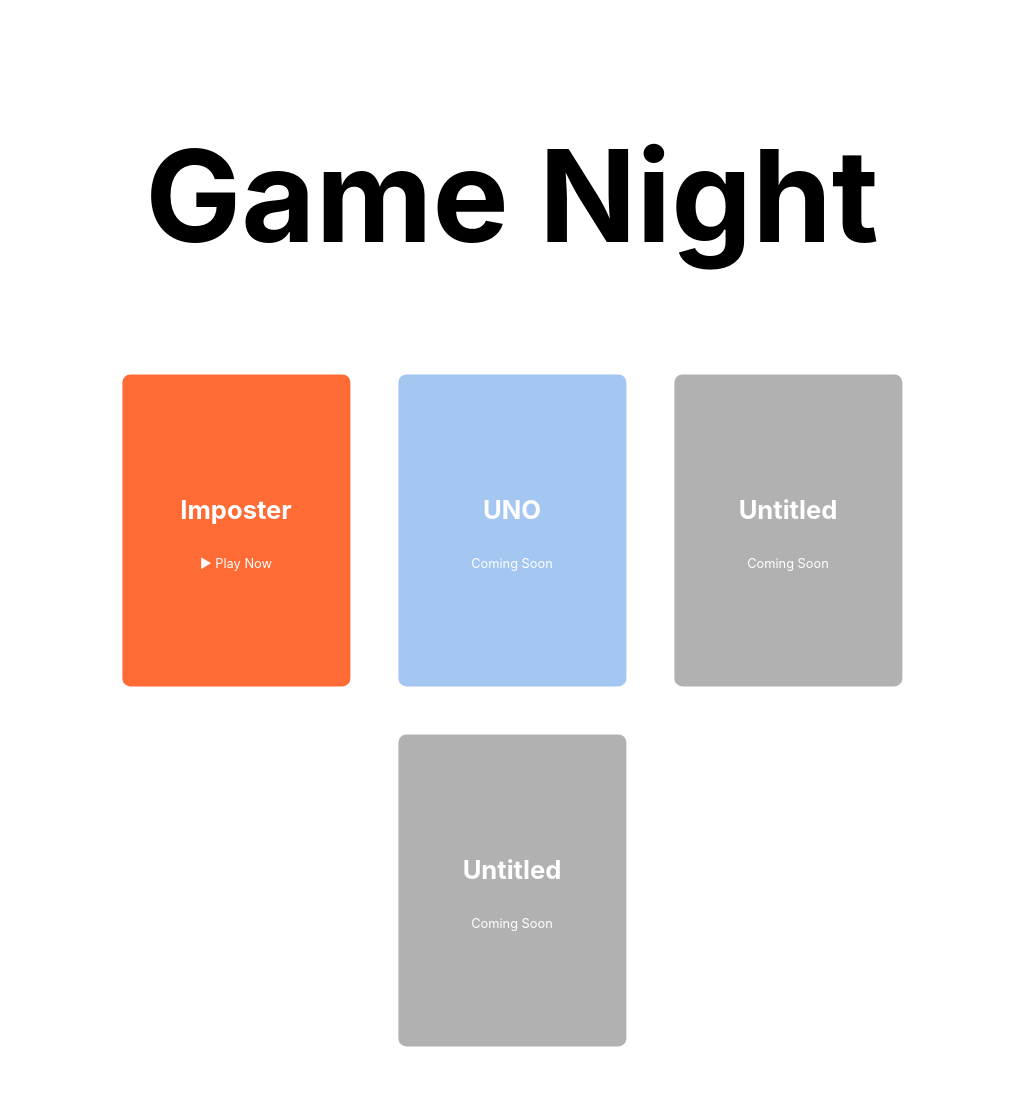
Repository: nfemmanuel/game-night-app
Page: /
These files come from the project's save history. The page is drawn as it stood at one moment and after the next save; the edit follows.
The browser window is 1280 px wide. The pictures show the whole page, at 80% of full size.
The project was rebuilt for these pictures with package versions that can differ from the ones it lists, and the page was loaded fresh each time. Also part of the build but not shown: src/styles/global.css, src/components/BackButton.jsx, src/pages/ImposterSetup.jsx, src/data/wordList.js, src/pages/ImposterReveal.jsx, src/pages/ImposterVoting.jsx.

Above is the page before, as saved 2025-12-31 18:07:16.

### public/index.html
<!DOCTYPE html>
<html lang="en">
  <head>
    <meta charset="utf-8" />
    <link rel="icon" href="%PUBLIC_URL%/favicon.ico" />
    <link rel="preconnect" href="https://fonts.googleapis.com">
    <link rel="preconnect" href="https://fonts.gstatic.com" crossorigin>
    <link href="https://fonts.googleapis.com/css2?family=Montserrat:wght@400;600;700&display=swap" rel="stylesheet">
    <meta name="viewport" content="width=device-width, initial-scale=1" />
    <meta name="theme-color" content="#000000" />
    <meta
      name="description"
      content="Web site created using create-react-app"
    />
    <link rel="apple-touch-icon" href="%PUBLIC_URL%/logo192.png" />
    <!--
      manifest.json provides metadata used when your web app is installed on a
      user's mobile device or desktop. See https://developers.google.com/web/fundamentals/web-app-manifest/
    -->
    <link rel="manifest" href="%PUBLIC_URL%/manifest.json" />
    <!--
      Notice the use of %PUBLIC_URL% in the tags above.
      It will be replaced with the URL of the `public` folder during the build.
      Only files inside the `public` folder can be referenced from the HTML.

      Unlike "/favicon.ico" or "favicon.ico", "%PUBLIC_URL%/favicon.ico" will
      work correctly both with client-side routing and a non-root public URL.
      Learn how to configure a non-root public URL by running `npm run build`.
    -->
    <title>React App</title>
  </head>
  <body>
    <noscript>You need to enable JavaScript to run this app.</noscript>
    <div id="root"></div>
    <!--
      This HTML file is a template.
      If you open it directly in the browser, you will see an empty page.

      You can add webfonts, meta tags, or analytics to this file.
      The build step will place the bundled scripts into the <body> tag.

      To begin the development, run `npm start` or `yarn start`.
      To create a production bundle, use `npm run build` or `yarn build`.
    -->
  </body>
</html>

### src/App.js
import { BrowserRouter, Routes, Route } from 'react-router-dom';
import './styles/global.css';
import LandingPage from './pages/LandingPage';
import ImposterSetup from './pages/ImposterSetup';
import ImposterReveal from './pages/ImposterReveal';
import ImposterVoting from './pages/ImposterVoting';

function App() {
  return (
    <BrowserRouter>
      <Routes>
        <Route path="/" element={<LandingPage />} />
        <Route path="/imposter-setup" element={<ImposterSetup />} />
        <Route path="/imposter-reveal" element={<ImposterReveal />} />
        <Route path="/imposter-voting" element={<ImposterVoting />} />
      </Routes>
    </BrowserRouter>
  );
}

export default App;

### src/pages/LandingPage.jsx
import { useNavigate } from 'react-router-dom';
import GameCard from '../components/GameCard';
import HelpButton from '../components/HelpButton';

function LandingPage() {
    const navigate = useNavigate();

    const handleClick = (gameName, route) => {
        if (route) {
            navigate(route);
        }
    };

    return (
        <div style={{ padding: '40px', textAlign: 'center' }}>
            <h1 style={{ fontSize: '10rem' }}>Game Night</h1>

            <div style={{
                display: 'flex',
                gap: '20px',
                justifyContent: 'center',
                marginTop: '40px',
                flexWrap: 'wrap',
                padding: '0 10px'  // Add padding on sides for mobile
            }}>
                <GameCard
                    name="Imposter"
                    available={true}
                    color="orange"
                    onClick={() => handleClick("Imposter", "/imposter-setup")}
                />
                <GameCard
                    name="UNO"
                    available={false}
                    color="blue"
                    onClick={() => handleClick("UNO", "/uno-setup")}
                />
                <GameCard
                    name="Untitled"
                    available={false}
                    onClick={() => { }}
                />
                <GameCard
                    name="Untitled"
                    available={false}
                    onClick={() => { }}
                />
            </div>
        </div>
    );
}

export default LandingPage;

### src/components/GameCard.jsx
import styles from './GameCard.module.css';

function GameCard({ name, available, onClick, color }) {  // Add color here
    // Combine card + available/disabled classes + color
    const cardClasses = `${styles.card} ${available ? styles.available : styles.disabled} ${color ? styles[color] : ''}`;

    return (
        <div
            className={cardClasses}
            onClick={available ? onClick : null}
        >
            <h1>{name}</h1>
            <p>{available ? '▶ Play Now' : 'Coming Soon'}</p>
        </div>
    );
}

export default GameCard;

### src/components/GameCard.module.css
.card {
    width: 225px;
    height: 330px;
    padding: 30px;
    margin: 10px;
    border-radius: 20px;
    border: 10px solid white;
    text-align: center;
    transition: all 0.3s ease;
    display: flex;
    flex-direction: column;
    justify-content: center;
}

.available {
    color: white;
    cursor: pointer;
}

.available:hover {
    transform: scale(1.05);
}

.disabled {
    background-color: #666;
    color: white;
    cursor: not-allowed;
    opacity: 0.5;
}

.orange {
    background-color: #FF6B35;
}

.orange:hover {
    box-shadow: 0 0 20px rgba(255, 107, 53, 0.6);
}

.blue {
    background-color: #4A90E2;
}

.blue:hover {
    box-shadow: 0 0 20px rgba(74, 144, 226, 0.6);
}

/* Mobile: smaller cards */
@media (max-width: 768px) {
    .card {
        width: 160px;
        height: 240px;
        padding: 20px;
        margin: 8px;
        border: 6px solid white;
    }
}

@media (max-width: 480px) {
    .card {
        width: 140px;
        height: 210px;
        padding: 15px;
        margin: 5px;
        border: 5px solid white;
    }

    .card h1 {
        font-size: 1.3rem;
    }

    .card p {
        font-size: 0.9rem;
    }
}

### src/components/HelpButton.jsx
import { useState } from 'react';

function HelpButton() {
    const [showHelp, setShowHelp] = useState(false);

    return (
        <div
            style={{
                position: 'fixed',
                top: '20px',
                right: '20px',
                zIndex: 1000
            }}
            onMouseEnter={() => setShowHelp(true)}
            onMouseLeave={() => setShowHelp(false)}
        >
            <div
                style={{
                    width: '40px',
                    height: '40px',
                    borderRadius: '50%',
                    border: '2px solid white',
                    color: 'white',
                    fontSize: '1.5rem',
                    display: 'flex',
                    alignItems: 'center',
                    justifyContent: 'center',
                    cursor: 'pointer',
                    backgroundColor: '#333'
                }}
            >
                ?
            </div>

            {showHelp && (
                <div
                    style={{
                        position: 'absolute',
                        top: '50px',
                        right: '0',
                        backgroundColor: '#222',
                        border: '2px solid white',
                        borderRadius: '10px',
                        padding: '20px',
                        width: '300px',
                        textAlign: 'left',
                        fontSize: '0.9rem',
                        lineHeight: '1.5'
                    }}
                >
                    <h3 style={{ marginTop: 0, marginBottom: '10px', fontSize: '1.1rem' }}>
                        How to Play Imposter
                    </h3>
                    <ol style={{ paddingLeft: '20px', margin: 0 }}>
                        <li>Add 3+ player names</li>
                        <li>One random player is secretly the imposter</li>
                        <li>Everyone else sees the same secret word</li>
                        <li>Pass the phone around - each player holds the card to see their word</li>
                        <li>The imposter sees "You're the imposter. Shh!"</li>
                        <li>After everyone has seen their card, discuss and guess who the imposter is</li>
                        <li>Vote for the imposter or skip to reveal</li>
                    </ol>
                </div>
            )}
        </div>
    );
}

export default HelpButton;

Loaded but not shown: src/index.js (common file); src/index.css (common file); src/reportWebVitals.js (common file)

After the next save:
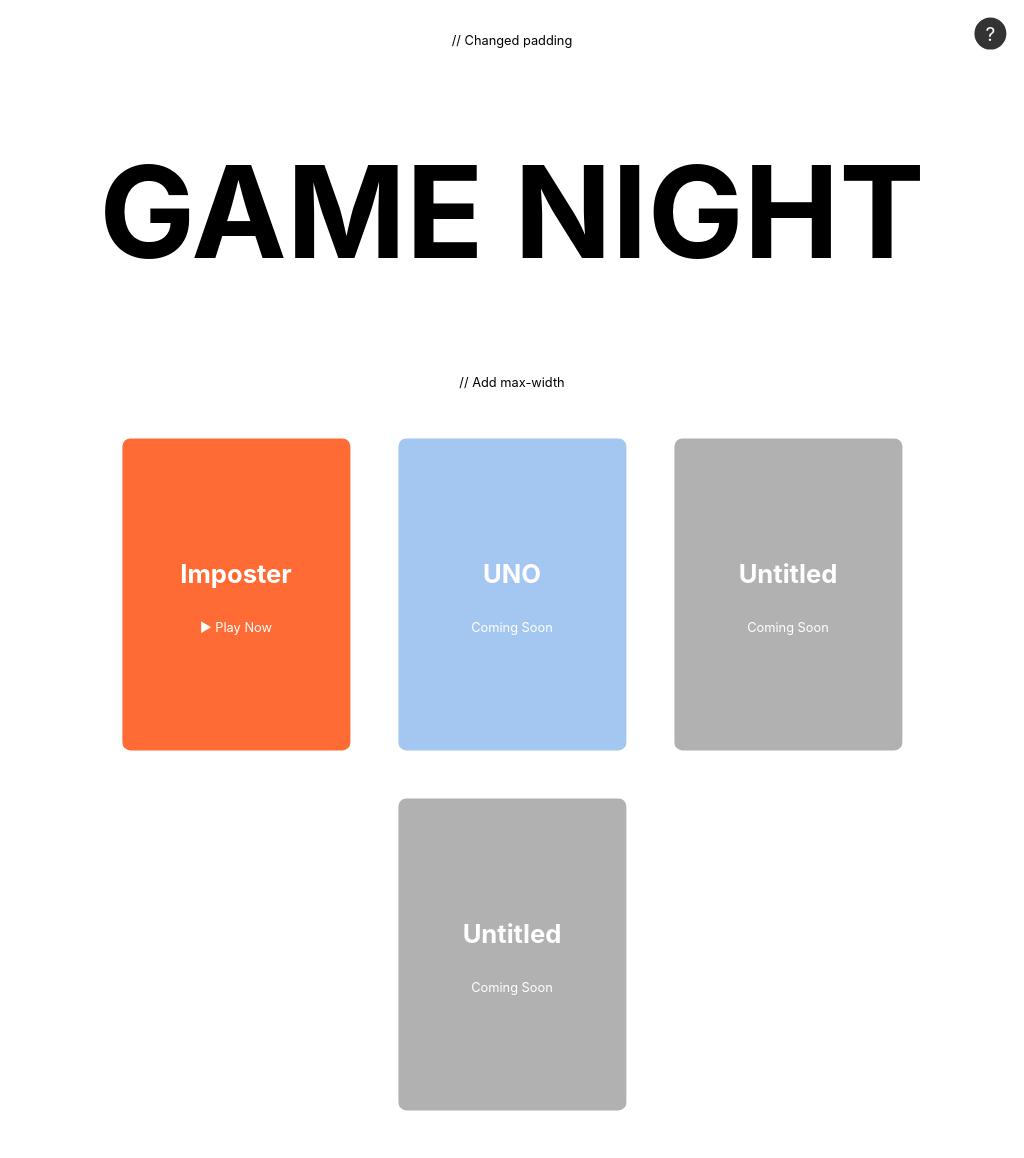
Saved 15 s later.
--- a/src/pages/LandingPage.jsx
+++ b/src/pages/LandingPage.jsx
@@ -12,8 +12,9 @@ function LandingPage() {
     };
 
     return (
-        <div style={{ padding: '40px', textAlign: 'center' }}>
-            <h1 style={{ fontSize: '10rem' }}>Game Night</h1>
+        <div style={{ padding: '40px 20px', textAlign: 'center' }}>  // Changed padding
+            <HelpButton />
+            <h1 style={{ fontSize: '10rem' }}>GAME NIGHT</h1>  // Add max-width
 
             <div style={{
                 display: 'flex',
